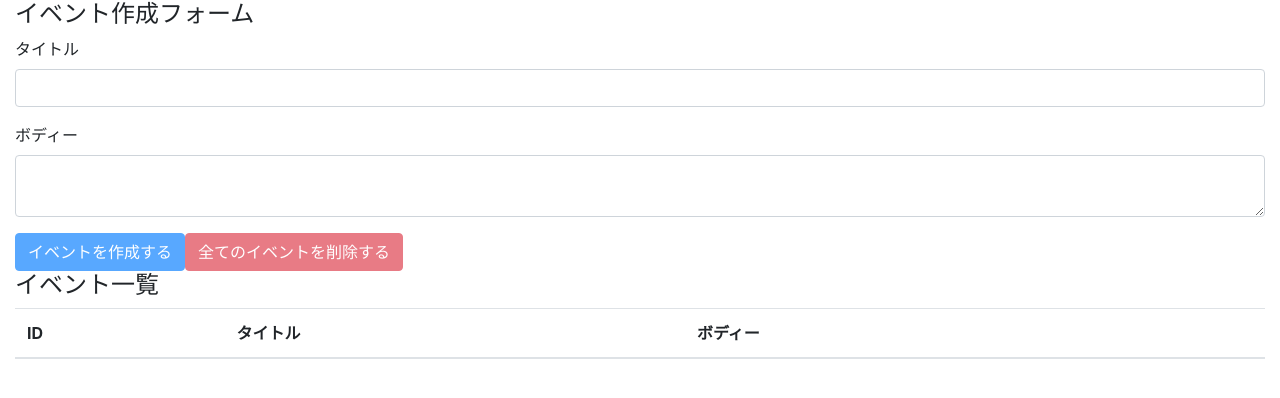
Repository: yujiuehara/my-app
Page: /
An editor plug-in stored every save of this project. The page is shown before and after a run of saves, followed by the edit.
The browser window is 1280 px wide. The pictures show the whole page.
The project was rebuilt for these pictures with package versions that can differ from the ones it lists, and the page was loaded fresh each time. Also part of the build but not shown: src/components/Event.js.

Above is the page before, as saved 2020-05-05 20:34:11.

After the next 2 saves:
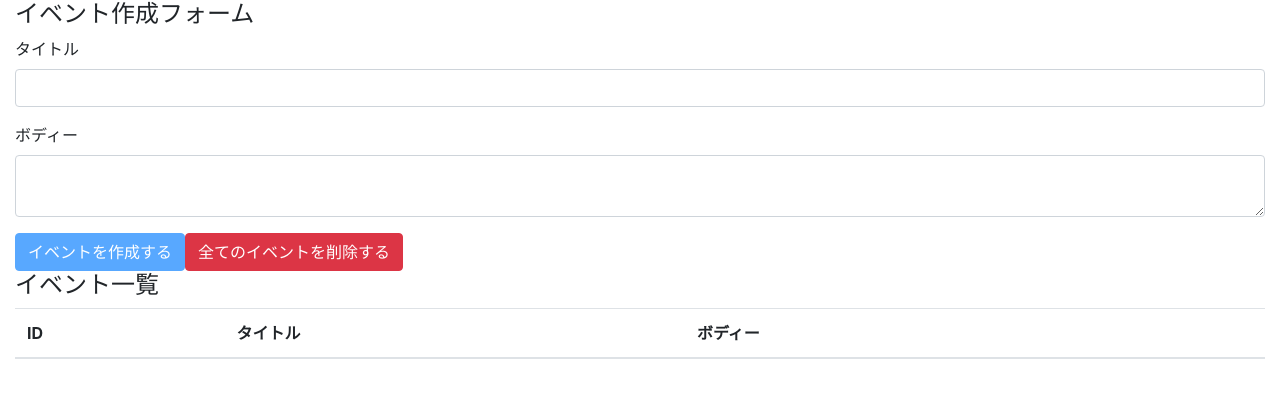
The 2 saves are shown as one change because 1 did not build or start.
The last was saved 2 min 24 s later.
--- a/src/components/App.js
+++ b/src/components/App.js
@@ -9,7 +9,10 @@ import reducer from '../reducers'
 
 
 const App = () => {
-  const [state, dispatch] = useReducer(reducer, [])
+  const initialState = {
+    events: []
+  }
+  const [state, dispatch] = useReducer(reducer, initialState)
 
   return (
     <AppContext.Provider value={{ state, dispatch }}>
--- a/src/components/Events.js
+++ b/src/components/Events.js
@@ -18,7 +18,7 @@ const Events = () => {
                 </tr>
             </thead>
             <tbody>
-                {state.map((event, index) => (<Event key={index} event={event} />))}
+                {state.events.map((event, index) => (<Event key={index} event={event} />))}
             </tbody>
         </table>
         </>

After the save that followed:
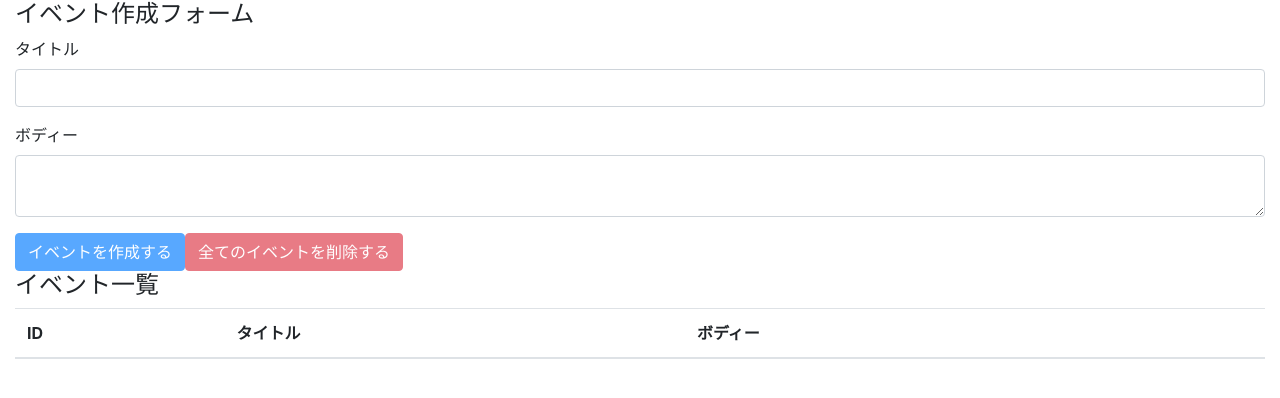
Saved 15 s later.
--- a/src/components/EventForm.js
+++ b/src/components/EventForm.js
@@ -42,7 +42,7 @@ const EventForm = () => {
                 <textarea className="form-control" id="formEventBody" value={body} onChange={e => setBody(e.target.value)}/>
             </div>
             <button className="btn btn-primary" onClick={addEvent} disabled={unCreatable}>イベントを作成する</button>
-            <button className="btn btn-danger" onClick={deleteAllEvents} disabled={state.length === 0}>全てのイベントを削除する</button>
+            <button className="btn btn-danger" onClick={deleteAllEvents} disabled={state.events.length === 0}>全てのイベントを削除する</button>
         </form>
         </>
     )
